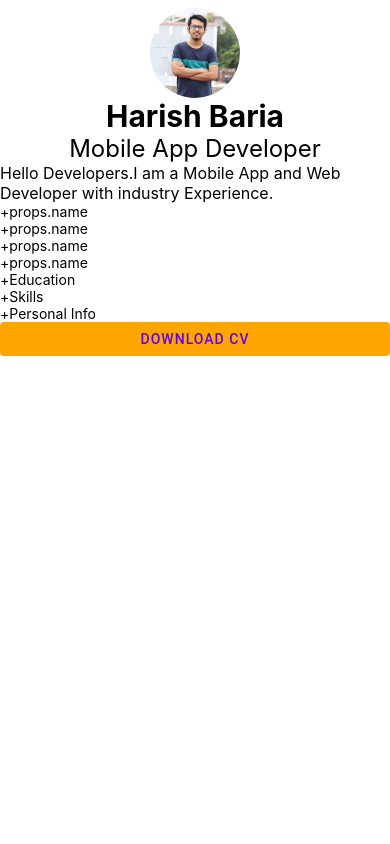
Repository: harishbariya/React-Native-ui-desiign
Screen: /
These files come from the project's save history. The screen is drawn as it stood at one moment and after the next save; the edit follows.
The app was drawn by React Native's web renderer in a window 390 px wide. The project was rebuilt for these pictures with package versions that can differ from the ones it lists, and the page was loaded fresh each time.

Above is the screen before, as saved 2021-11-17 14:33:33.

### App.js
import React, { Component } from 'react';
import {View,Text,StyleSheet,Image} from 'react-native';
import {Button} from "react-native-paper";



const QulityPar=(props)=>{
  return(
    <View style={{flexDirection:"row"}}>
    <Text>+</Text>
    <Text>props.name</Text>
  </View>

  );
}

class App extends Component
{
  render()
  {
    return(
      <View style={styles.display}>
      <Image style={{alignSelf:"center",marginTop:8,borderRadius:1000}}source={{uri:"data:[embedded picture, 9311 characters]"
      ,width:90,height:90}}/>
        <Text style={[styles.textstyles,{color:"#000",fontSize:30,fontWeight:"bold"}]}>Harish Baria</Text>
        <Text style={[styles.textstyles,{fontSize:24}]}>Mobile App Developer</Text>
      <Text style={{color:"#000",fontSize:16,textAlign:"auto"}}>Hello Developers.I am a Mobile App and Web Developer with industry Experience.</Text>


      <View>

       <QulityPar name="Experience"/>
       <QulityPar name="Education"/>
       <QulityPar name="Skill"/>
       <QulityPar name="Personal Info"/>



        <View style={{flexDirection:"row"}}>
          <Text>+</Text>
          <Text>Education</Text>
        </View>

        <View style={{flexDirection:"row"}}>
          <Text>+</Text>
          <Text>Skills</Text>
        </View>

        <View style={{flexDirection:"row"}}>
          <Text>+</Text>
          <Text>Personal Info</Text>
        </View>

          <View>
            <Button style={{backgroundColor:"orange"}}>Download CV</Button>
          </View>
      </View>

      </View>
    );
  }
}

const styles=StyleSheet.create({

  display:{
    flex:1,
    flexDirection:"column",

  },
  textstyles:{
    color:"#000",
    textAlign:"center",
  }

})

export default App

After the next save:
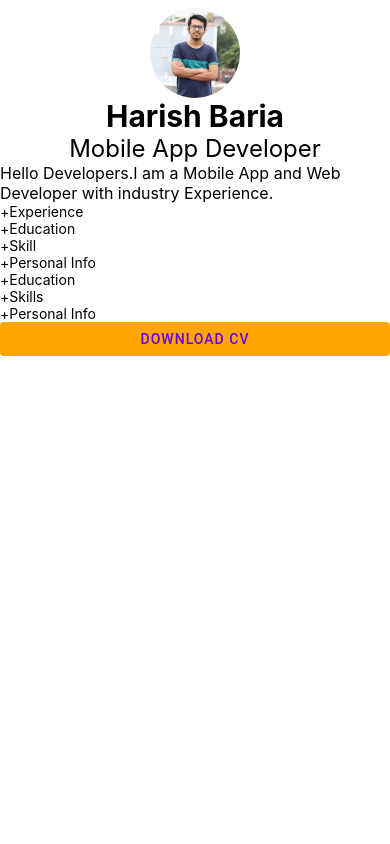
Saved 20 s later.
--- a/App.js
+++ b/App.js
@@ -8,7 +8,7 @@ const QulityPar=(props)=>{
   return(
     <View style={{flexDirection:"row"}}>
     <Text>+</Text>
-    <Text>props.name</Text>
+    <Text>{props.name}</Text>
   </View>
 
   );
